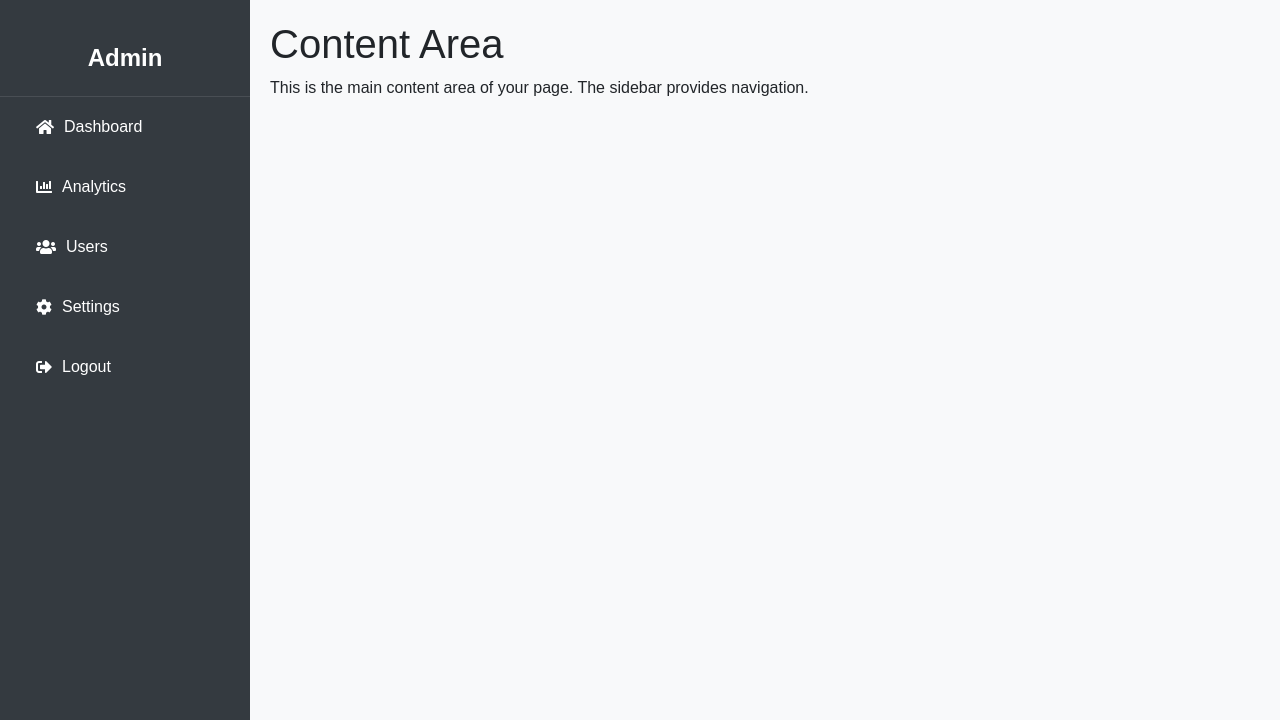
Repository: Darkrepo23/Ecommerce-Manalastas-project
Page: admin/dashboard.html
These files come from the project's save history. The page is drawn as it stood at one moment and after the next save; the edit follows.
The browser window is 1280 px wide. The pictures show the whole page.
Some web libraries are served in a nearby version.

Above is the page before, as saved 2026-01-06 08:42:39.

After the next save:
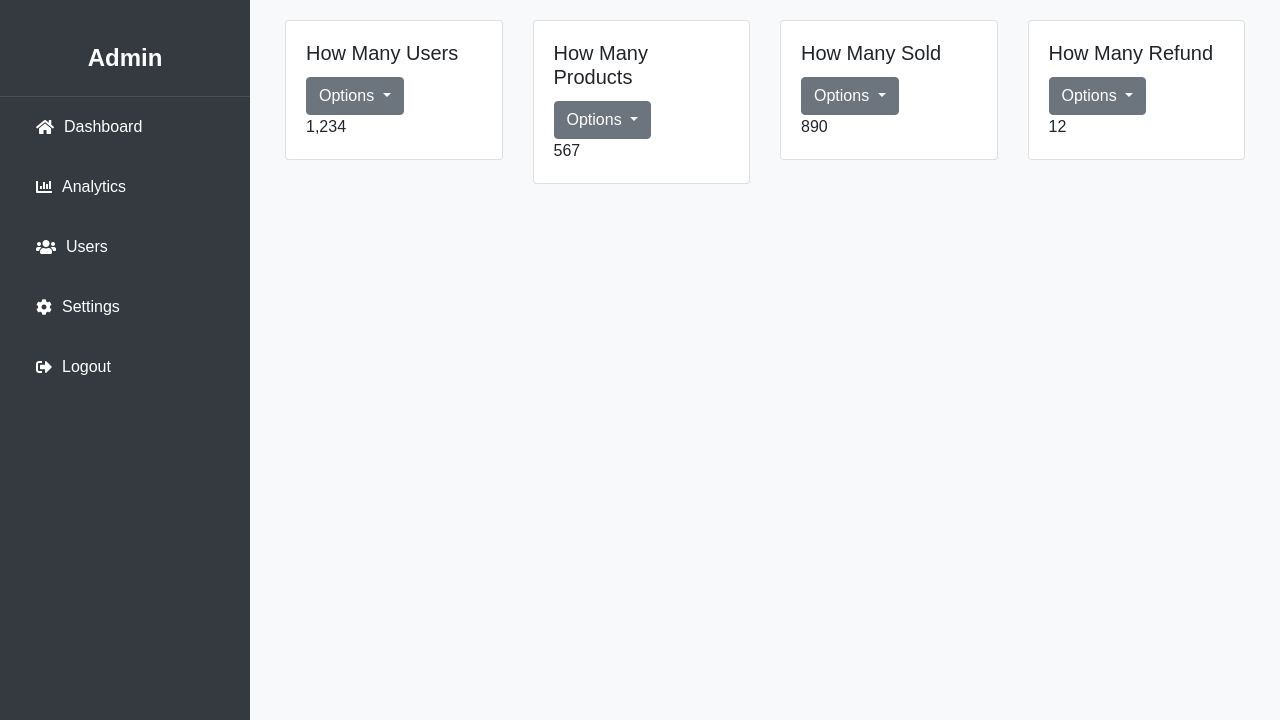
Saved 12 min 21 s later.
--- a/admin/dashboard.html
+++ b/admin/dashboard.html
@@ -99,8 +99,85 @@
     </div>
 
     <div class="content">
-        <h1>Content Area</h1>
-        <p>This is the main content area of your page.  The sidebar provides navigation.</p>
+        <div class="container">
+    <div class="row">
+        <div class="col-md-3">
+            <div class="card">
+                <div class="card-body">
+                    <h5 class="card-title">How Many Users</h5>
+                    <div class="dropdown">
+                        <button class="btn btn-secondary dropdown-toggle" type="button" id="dropdownMenuButton1" data-toggle="dropdown" aria-haspopup="true" aria-expanded="false">
+                            Options
+                        </button>
+                        <div class="dropdown-menu" aria-labelledby="dropdownMenuButton1">
+                            <a class="dropdown-item" href="#">View Details</a>
+                            <a class="dropdown-item" href="#">Edit</a>
+                            <a class="dropdown-item" href="#">Delete</a>
+                        </div>
+                    </div>
+                    <p class="card-text">1,234</p>
+                </div>
+            </div>
+        </div>
+
+        <div class="col-md-3">
+            <div class="card">
+                <div class="card-body">
+                    <h5 class="card-title">How Many Products</h5>
+                    <div class="dropdown">
+                        <button class="btn btn-secondary dropdown-toggle" type="button" id="dropdownMenuButton2" data-toggle="dropdown" aria-haspopup="true" aria-expanded="false">
+                            Options
+                        </button>
+                        <div class="dropdown-menu" aria-labelledby="dropdownMenuButton2">
+                            <a class="dropdown-item" href="#">View Details</a>
+                            <a class="dropdown-item" href="#">Edit</a>
+                            <a class="dropdown-item" href="#">Delete</a>
+                        </div>
+                    </div>
+                    <p class="card-text">567</p>
+                </div>
+            </div>
+        </div>
+
+        <div class="col-md-3">
+            <div class="card">
+                <div class="card-body">
+                    <h5 class="card-title">How Many Sold</h5>
+                    <div class="dropdown">
+                        <button class="btn btn-secondary dropdown-toggle" type="button" id="dropdownMenuButton3" data-toggle="dropdown" aria-haspopup="true" aria-expanded="false">
+                            Options
+                        </button>
+                        <div class="dropdown-menu" aria-labelledby="dropdownMenuButton3">
+                            <a class="dropdown-item" href="#">View Details</a>
+                            <a class="dropdown-item" href="#">Edit</a>
+                            <a class="dropdown-item" href="#">Delete</a>
+                        </div>
+                    </div>
+                    <p class="card-text">890</p>
+                </div>
+            </div>
+        </div>
+
+        <div class="col-md-3">
+            <div class="card">
+                <div class="card-body">
+                    <h5 class="card-title">How Many Refund</h5>
+                    <div class="dropdown">
+                        <button class="btn btn-secondary dropdown-toggle" type="button" id="dropdownMenuButton4" data-toggle="dropdown" aria-haspopup="true" aria-expanded="false">
+                            Options
+                        </button>
+                        <div class="dropdown-menu" aria-labelledby="dropdownMenuButton4">
+                            <a class="dropdown-item" href="#">View Details</a>
+                            <a class="dropdown-item" href="#">Edit</a>
+                            <a class="dropdown-item" href="#">Delete</a>
+                        </div>
+                    </div>
+                    <p class="card-text">12</p>
+                </div>
+            </div>
+        </div>
+    </div>
+</div>
     </div>
 
     <script src="https://code.jquery.com/jquery-3.5.1.slim.min.js"></script>

After the save that followed:
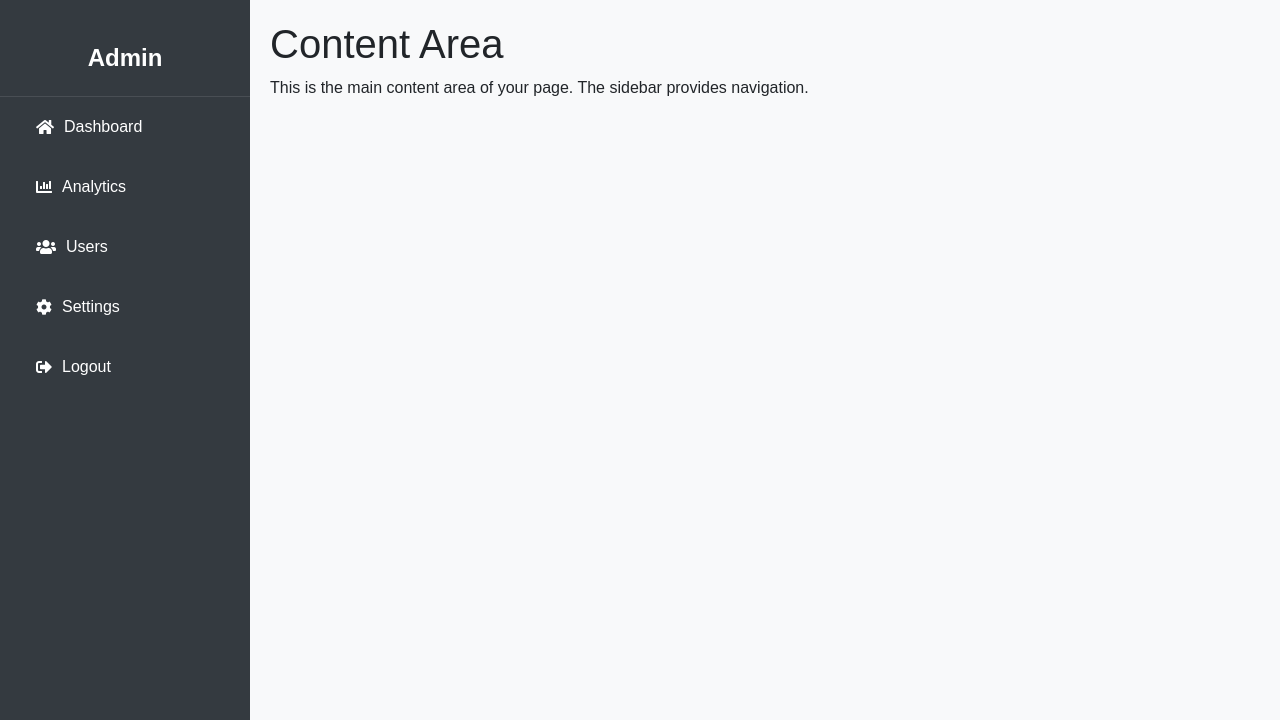
Saved 92 s later.
--- a/admin/dashboard.html
+++ b/admin/dashboard.html
@@ -99,85 +99,8 @@
     </div>
 
     <div class="content">
-        <div class="container">
-    <div class="row">
-        <div class="col-md-3">
-            <div class="card">
-                <div class="card-body">
-                    <h5 class="card-title">How Many Users</h5>
-                    <div class="dropdown">
-                        <button class="btn btn-secondary dropdown-toggle" type="button" id="dropdownMenuButton1" data-toggle="dropdown" aria-haspopup="true" aria-expanded="false">
-                            Options
-                        </button>
-                        <div class="dropdown-menu" aria-labelledby="dropdownMenuButton1">
-                            <a class="dropdown-item" href="#">View Details</a>
-                            <a class="dropdown-item" href="#">Edit</a>
-                            <a class="dropdown-item" href="#">Delete</a>
-                        </div>
-                    </div>
-                    <p class="card-text">1,234</p>
-                </div>
-            </div>
-        </div>
-
-        <div class="col-md-3">
-            <div class="card">
-                <div class="card-body">
-                    <h5 class="card-title">How Many Products</h5>
-                    <div class="dropdown">
-                        <button class="btn btn-secondary dropdown-toggle" type="button" id="dropdownMenuButton2" data-toggle="dropdown" aria-haspopup="true" aria-expanded="false">
-                            Options
-                        </button>
-                        <div class="dropdown-menu" aria-labelledby="dropdownMenuButton2">
-                            <a class="dropdown-item" href="#">View Details</a>
-                            <a class="dropdown-item" href="#">Edit</a>
-                            <a class="dropdown-item" href="#">Delete</a>
-                        </div>
-                    </div>
-                    <p class="card-text">567</p>
-                </div>
-            </div>
-        </div>
-
-        <div class="col-md-3">
-            <div class="card">
-                <div class="card-body">
-                    <h5 class="card-title">How Many Sold</h5>
-                    <div class="dropdown">
-                        <button class="btn btn-secondary dropdown-toggle" type="button" id="dropdownMenuButton3" data-toggle="dropdown" aria-haspopup="true" aria-expanded="false">
-                            Options
-                        </button>
-                        <div class="dropdown-menu" aria-labelledby="dropdownMenuButton3">
-                            <a class="dropdown-item" href="#">View Details</a>
-                            <a class="dropdown-item" href="#">Edit</a>
-                            <a class="dropdown-item" href="#">Delete</a>
-                        </div>
-                    </div>
-                    <p class="card-text">890</p>
-                </div>
-            </div>
-        </div>
-
-        <div class="col-md-3">
-            <div class="card">
-                <div class="card-body">
-                    <h5 class="card-title">How Many Refund</h5>
-                    <div class="dropdown">
-                        <button class="btn btn-secondary dropdown-toggle" type="button" id="dropdownMenuButton4" data-toggle="dropdown" aria-haspopup="true" aria-expanded="false">
-                            Options
-                        </button>
-                        <div class="dropdown-menu" aria-labelledby="dropdownMenuButton4">
-                            <a class="dropdown-item" href="#">View Details</a>
-                            <a class="dropdown-item" href="#">Edit</a>
-                            <a class="dropdown-item" href="#">Delete</a>
-                        </div>
-                    </div>
-                    <p class="card-text">12</p>
-                </div>
-            </div>
-        </div>
-    </div>
-</div>
+        <h1>Content Area</h1>
+        <p>This is the main content area of your page.  The sidebar provides navigation.</p>
     </div>
 
     <script src="https://code.jquery.com/jquery-3.5.1.slim.min.js"></script>
